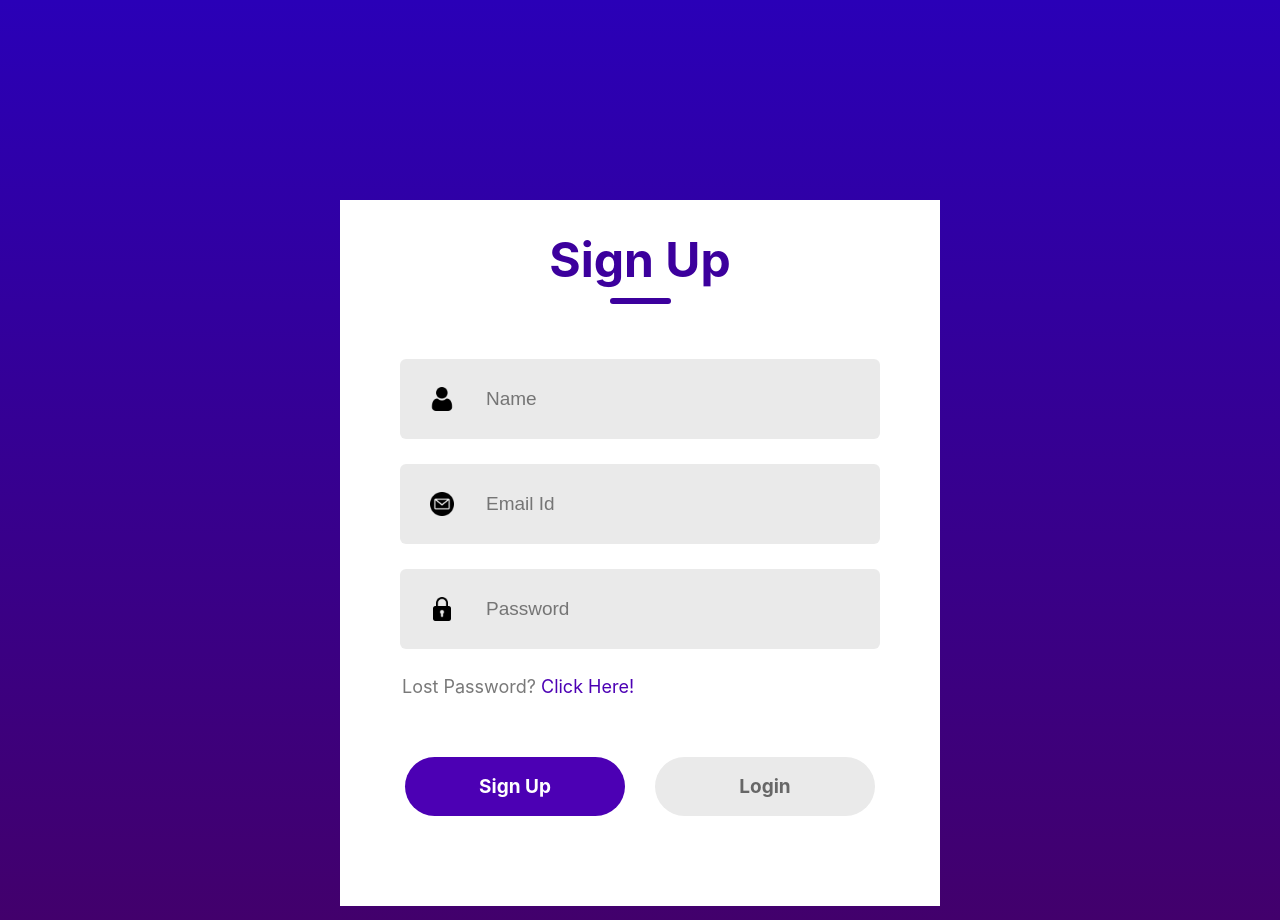
Repository: AnilaJanuzi/reactjs-login-signup
Page: /
An editor plug-in stored every save of this project. The page is shown before and after the next save, followed by the edit.
The browser window is 1280 px wide. The pictures show the whole page.
The project was rebuilt for these pictures with package versions that can differ from the ones it lists, and the page was loaded fresh each time. Also part of the build but not shown: src/App.css.

Above is the page before, as saved 2025-02-08 21:27:20.

### public/index.html
<!DOCTYPE html>
<html lang="en">
  <head>
    <meta charset="utf-8" />
    <link rel="icon" href="%PUBLIC_URL%/favicon.ico" />
    <meta name="viewport" content="width=device-width, initial-scale=1" />
    <meta name="theme-color" content="#000000" />
    <meta
      name="description"
      content="Web site created using create-react-app"
    />
    <link rel="apple-touch-icon" href="%PUBLIC_URL%/logo192.png" />
    <!--
      manifest.json provides metadata used when your web app is installed on a
      user's mobile device or desktop. See https://developers.google.com/web/fundamentals/web-app-manifest/
    -->
    <link rel="manifest" href="%PUBLIC_URL%/manifest.json" />
    <!--
      Notice the use of %PUBLIC_URL% in the tags above.
      It will be replaced with the URL of the `public` folder during the build.
      Only files inside the `public` folder can be referenced from the HTML.

      Unlike "/favicon.ico" or "favicon.ico", "%PUBLIC_URL%/favicon.ico" will
      work correctly both with client-side routing and a non-root public URL.
      Learn how to configure a non-root public URL by running `npm run build`.
    -->
    <title>Login - Sign Up </title>
  </head>
  <body>
    <noscript>You need to enable JavaScript to run this app.</noscript>
    <div id="root"></div>
    <!--
      This HTML file is a template.
      If you open it directly in the browser, you will see an empty page.

      You can add webfonts, meta tags, or analytics to this file.
      The build step will place the bundled scripts into the <body> tag.

      To begin the development, run `npm start` or `yarn start`.
      To create a production bundle, use `npm run build` or `yarn build`.
    -->
  </body>
</html>

### src/index.css
body {
  margin: 0;
  font-family: -apple-system, BlinkMacSystemFont, 'Segoe UI', 'Roboto', 'Oxygen',
    'Ubuntu', 'Cantarell', 'Fira Sans', 'Droid Sans', 'Helvetica Neue',
    sans-serif;
  -webkit-font-smoothing: antialiased;
  -moz-osx-font-smoothing: grayscale;
  height: 100vh;
  background:linear-gradient(#2A00B7, #42006C);
}

code {
  font-family: source-code-pro, Menlo, Monaco, Consolas, 'Courier New',
    monospace;
}

### src/App.js
import logo from './logo.svg';
import './App.css';
import LoginSignup from './Components/LoginSignUp/LoginSignup.jsx';

function App() {
  return (
    <div>
     <LoginSignup/>
    </div>
  );
}

export default App;

### src/Components/LoginSignUp/LoginSignup.jsx
import React, { useState } from "react";
import './LoginSignup.css';

import user_icon from '../Assets/user.png'
import email_icon from '../Assets/email.png'
import password_icon from '../Assets/padlock.png'



const LoginSignup = () =>{

    const[action,setAction] = useState("Sign Up");
    //const[action,setAction] = useState("Login");



    return(

        <div className="container">
           <div className="header">
           <div className="text">{action}</div>
           <div className="underline"></div>

            </div>
            <div className="inputs">
                {action==="Login"?<div></div>:<div className="input">
                <img src={user_icon} alt="" />
                <input type="text" placeholder="Name" />
                </div> }

                <div className="input">
                <img src={email_icon} alt="" />
                <input type="email" placeholder="Email Id"/>
                </div>
                <div className="input">
                <img src={password_icon} alt="" />
                <input type="password" placeholder="Password"/>
                </div>
            </div>
            <div className="forgot-password">Lost Password? <span>Click Here!</span></div>
            <div className="submit-container">
                <div className={action==="Login"?"submit gray":"submit"} onClick={()=>{setAction("Sign Up")}}>Sign Up</div>

                <div className={action==="Sign Up"?"submit gray":"submit"} onClick={()=>{setAction("Login")}}>Login</div>
            </div>


        </div>
    )
}

export default LoginSignup

### src/Components/LoginSignUp/LoginSignup.css
.container{
    display: flex;
    flex-direction: column;
    margin: auto;
    margin-top: 200px;
    width: 600px;
    background: #fff;
    padding-bottom: 30px;
}

.header{
    display: flex;
    flex-direction: column;
    align-items: center;
    gap: 9px;
    width: 100%;
    margin-top: 30px;
}

.text{
    color:#3c009d;
    font-size: 48px;
    font-weight: 700;
}

.underline{
    width: 61px;
    height: 6px;
    background:#3c009d;
    border-radius: 9px;

}

.inputs{
    margin-top: 55px;
    display: flex;
    flex-direction: column;
    gap: 25px;
}

.input{
    display: flex;
    align-items: center;
    margin: auto;
    width: 480px;
    height: 80px;
    background: #eaeaea;
    border-radius: 6px;
}

.input img{
    margin: 0px 30px;
    width: 5%;

}

.input input{
    height: 50px;
    width: 400px;
    background: transparent;
    border: none;
    outline: none;
    color: #797979;
    font-size: 19px;
}

.forgot-password{
    padding-left: 62px;
    margin-top: 27px;
    color: #797979;
    font-size: 18px;
}

.forgot-password span{
    color: #4c00b4;
    cursor: pointer;
}

.submit-container{
    display: flex;
    gap: 30px;
    margin: 60px auto;

}

.submit{
    display: flex;
    justify-content: center;
    align-items: center;
    width: 220px;
    height: 59px;
    color: #fff;
    background: #4c00b4;
    border-radius: 50px;
    font-size: 19px;
    font-weight: 700;
    cursor: pointer;
}

.gray{
    background: #EAEAEA;
    color: #676767;
}

Loaded but not shown: src/index.js (common file); src/reportWebVitals.js (common file)

After the next save:
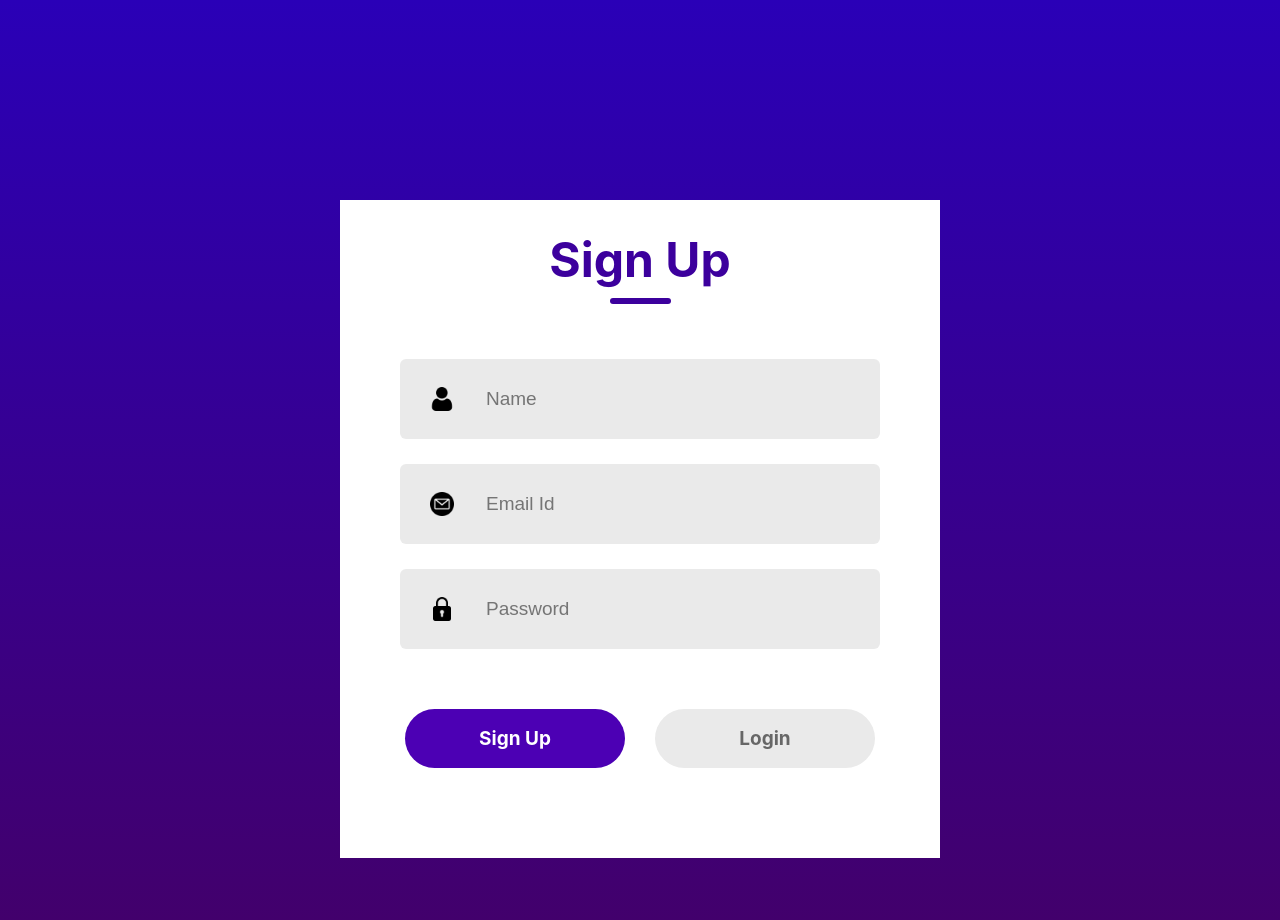
Saved 2 min 31 s later.
--- a/src/Components/LoginSignUp/LoginSignup.jsx
+++ b/src/Components/LoginSignUp/LoginSignup.jsx
@@ -37,7 +37,9 @@ const LoginSignup = () =>{
                 <input type="password" placeholder="Password"/>
                 </div>
             </div>
-            <div className="forgot-password">Lost Password? <span>Click Here!</span></div>
+
+            {action==="Sign Up"?<div></div>:<div className="forgot-password">Lost Password? <span>Click Here!</span></div>}
+
             <div className="submit-container">
                 <div className={action==="Login"?"submit gray":"submit"} onClick={()=>{setAction("Sign Up")}}>Sign Up</div>
 
